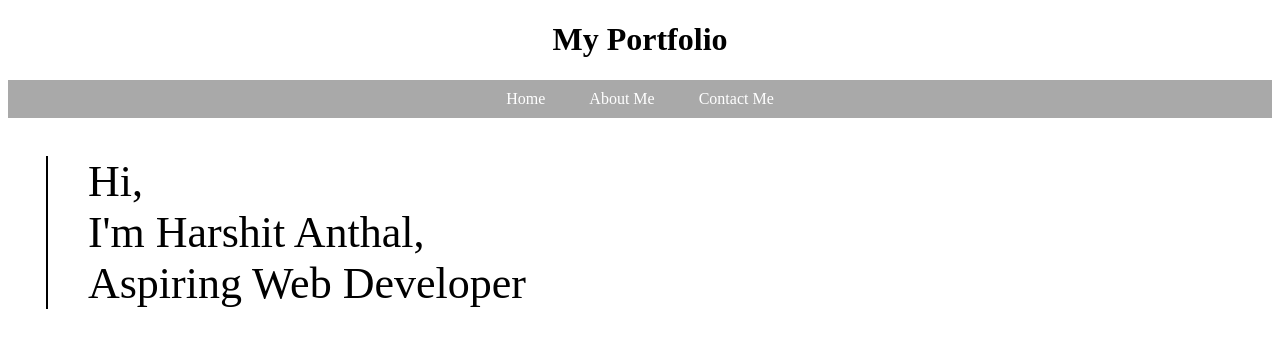
Repository: harshitanthal1/my_portfolio
Page: index.html
The author's editor kept a copy of each file at every save. The page is drawn from the files as they stood at one save, then again after the next save.
The browser window is 1280 px wide. The pictures show the whole page.

Above is the page before, as saved 2024-02-04 10:56:29.

After the next save:
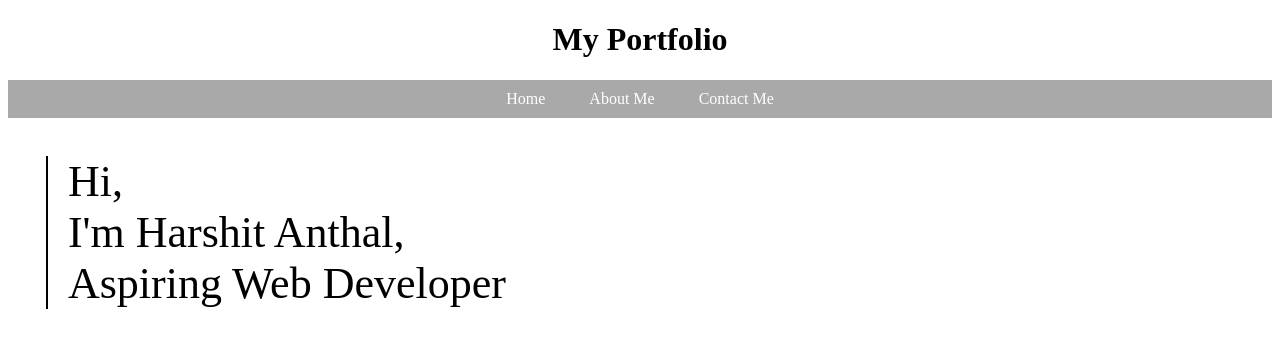
Saved 13 s later.
--- a/styles/styles.css
+++ b/styles/styles.css
@@ -61,7 +61,7 @@ h3 {
     margin-left: 3%;
     margin-top: 3%;
     border-left: 2px solid black;
-    padding-left: 40px;
+    padding-left: 20px;
 }
 
 img {
